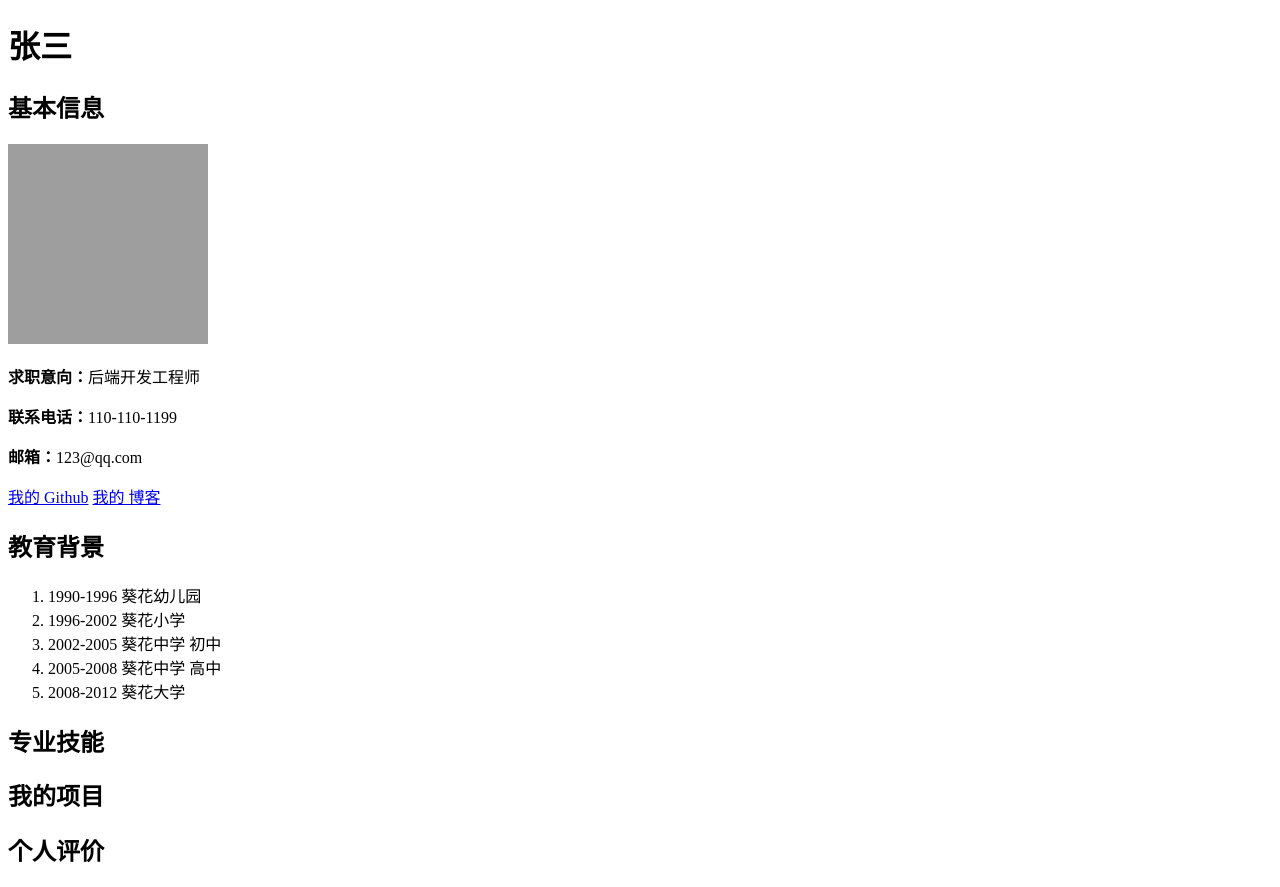
Repository: ls02/VSCode
Page: Java/2022/6-21-1/Test1.html
These files come from the project's save history. The page is drawn as it stood at one moment and after the next save; the edit follows.
The browser window is 1280 px wide. The pictures show the whole page.
Pictures or frames that could not be fetched are drawn as grey boxes.

Above is the page before, as saved 2022-06-21 11:35:20.

After the next save:
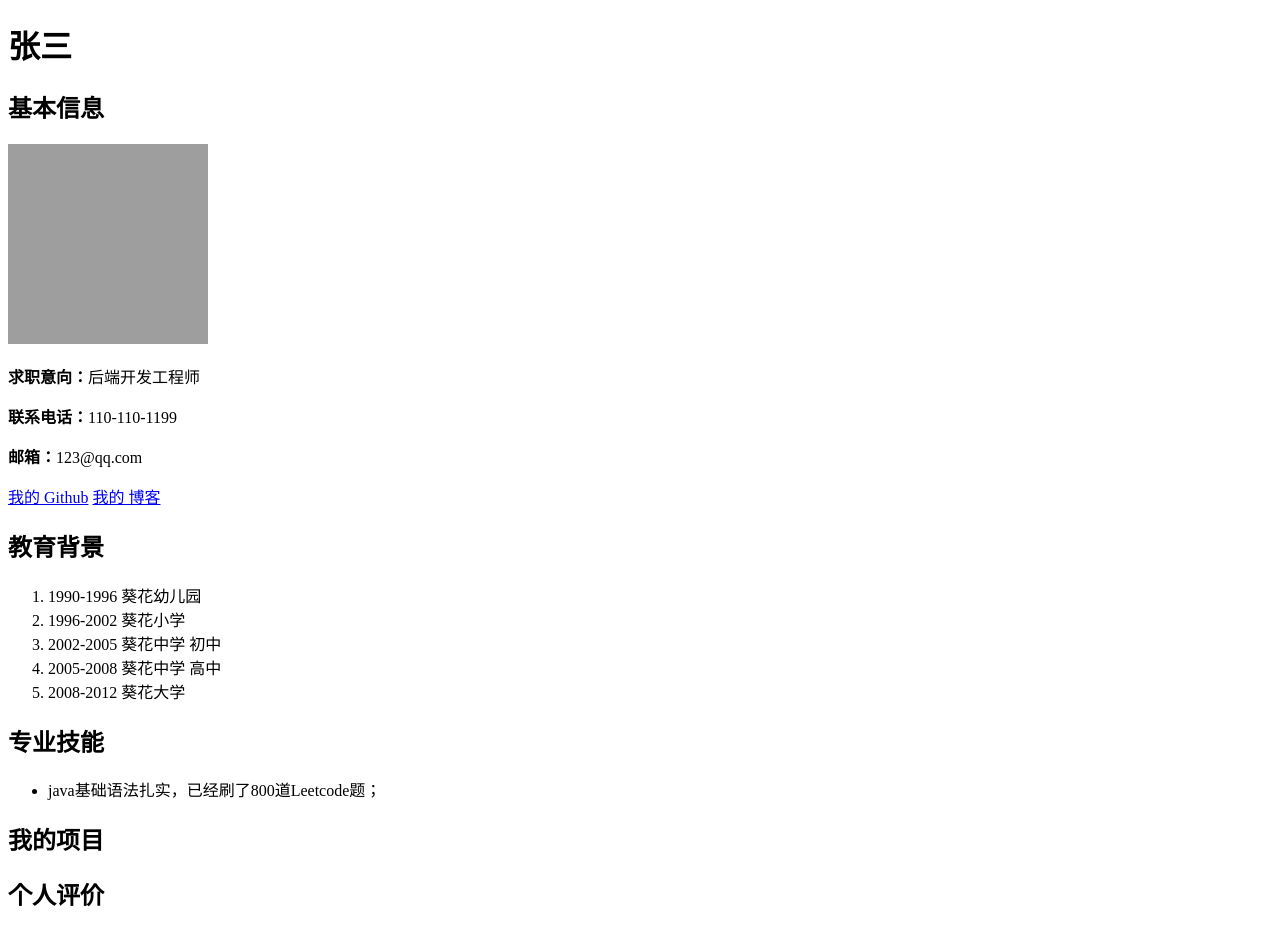
Saved 89 min 56 s later.
--- a/Java/2022/6-21-1/Test1.html
+++ b/Java/2022/6-21-1/Test1.html
@@ -2,7 +2,7 @@
  * @Author: ls02 <2877455773@qq.com>
  * @Date: 2022-06-21 11:01:41
  * @LastEditors: ls02 <2877455773@qq.com>
- * @LastEditTime: 2022-06-21 11:35:16
+ * @LastEditTime: 2022-06-21 13:05:16
  * @FilePath: \Java\2022\6-21-1\Test1.html
  * @Description:
  *
@@ -40,6 +40,9 @@
         <li>2008-2012 葵花大学</li>
     </ol>
     <h2>专业技能</h2>
+    <ul>
+        <li>java基础语法扎实，已经刷了800道Leetcode题；</li>
+    </ul>
     <h2>我的项目</h2>
     <h2>个人评价</h2>
 </body>
